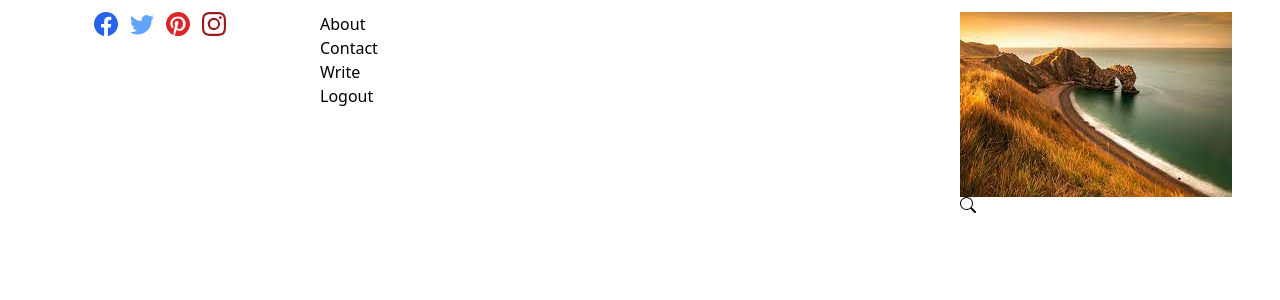
Repository: tentaciones/catMemeGenerator
Page: /
The author's editor kept a copy of each file at every save. The page is drawn from the files as they stood at one save, then again after the next save.
The browser window is 1280 px wide. The pictures show the whole page.
The project was rebuilt for these pictures with package versions that can differ from the ones it lists, and the page was loaded fresh each time.

Above is the page before, as saved 2022-07-07 13:49:14.

### src/App.js
import { Navbar } from "./components";
function App() {
  return (
    <div className="">
      <Navbar />
    </div>
  );
}

export default App;

### src/components/Navbar.jsx
import React from "react";
import {
  BsFacebook,
  BsTwitter,
  BsPinterest,
  BsInstagram,
  BsSearch,
} from "react-icons/bs";
const Navbar = () => {
  return (
    <nav>
      <div className="flex mt-3">
        <div className="w-1/4 flex space-x-3 justify-center">
          <BsFacebook className="text-blue-600 text-2xl" />
          <BsTwitter className="text-blue-400 text-2xl" />
          <BsPinterest className="text-red-600 text-2xl" />
          <BsInstagram className="text-red-800 text-2xl" />
        </div>
        <div className="w-2/4">
          <ul>
            <li>About</li>
            <li>Contact</li>
            <li>Write</li>
            <li>Logout</li>
          </ul>
        </div>
        <div className=" w-1/4">
          <img
            src="data:[embedded picture, 11411 characters]"
            alt=""
          />
          <BsSearch />
        </div>
      </div>
    </nav>
  );
};

export default Navbar;

Loaded but not shown: public/index.html (common file); src/index.js (common file); src/index.css (common file); src/reportWebVitals.js (common file); src/components/index.js (common file); tailwind.config.js (common file)

After the next save:
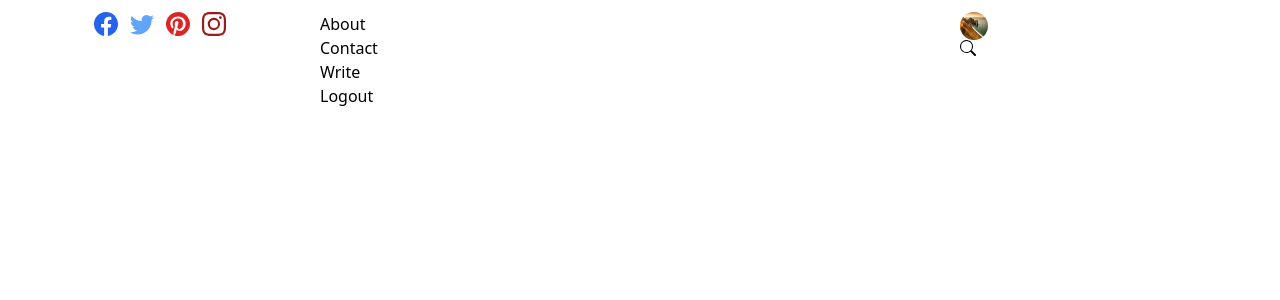
Saved 32 s later.
--- a/src/components/Navbar.jsx
+++ b/src/components/Navbar.jsx
@@ -28,6 +28,7 @@
           <img
             src="data:[embedded picture, 11411 characters]"
             alt=""
+            className="w-7 h-7 rounded-full"
           />
           <BsSearch />
         </div>
